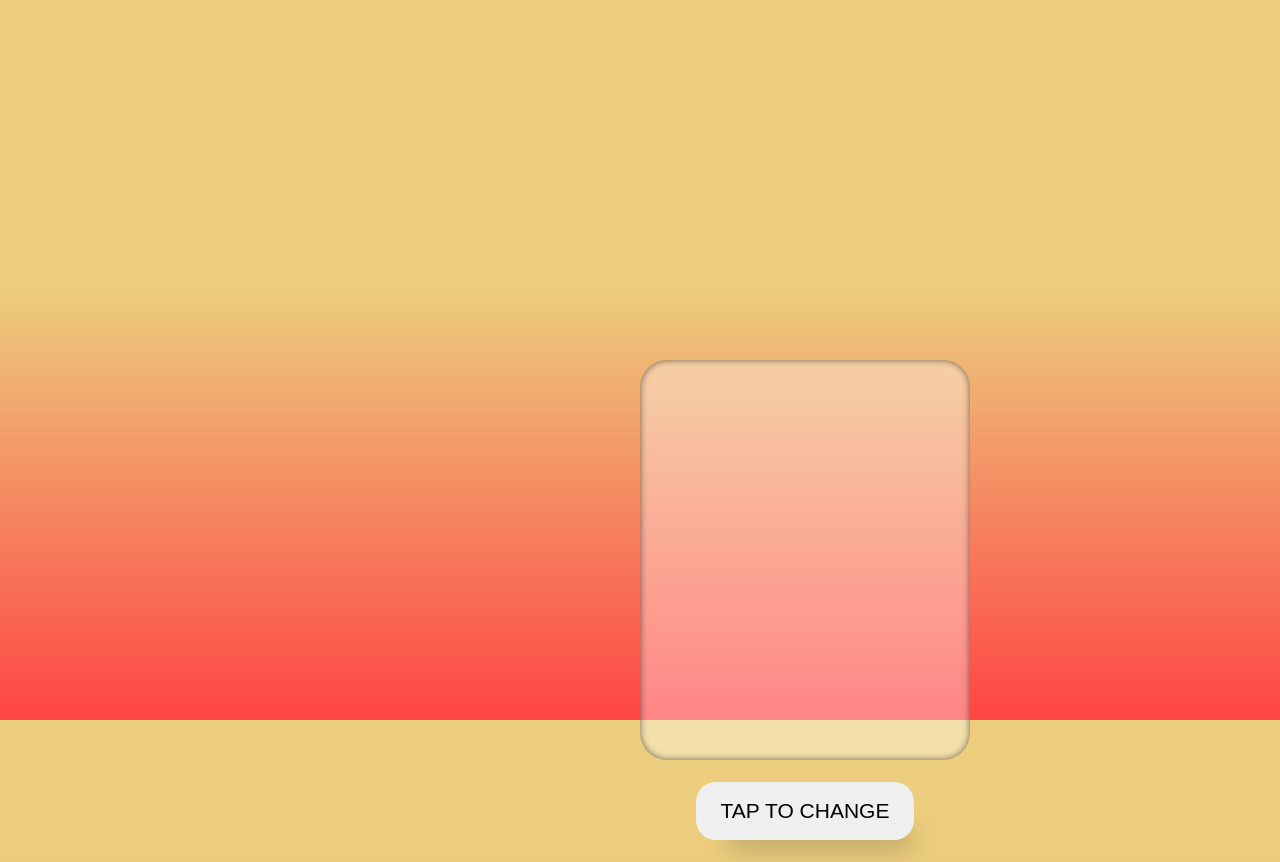
Repository: ThanhThn/profile
Page: index.html
The author's editor kept a copy of each file at every save. The page is drawn from the files as they stood at one save, then again after the next save.
The browser window is 1280 px wide. The pictures show the whole page.
Some web fonts or font styles are not loaded; a fallback is used.

Above is the page before, as saved 2022-12-05 00:11:08.

After the next save:
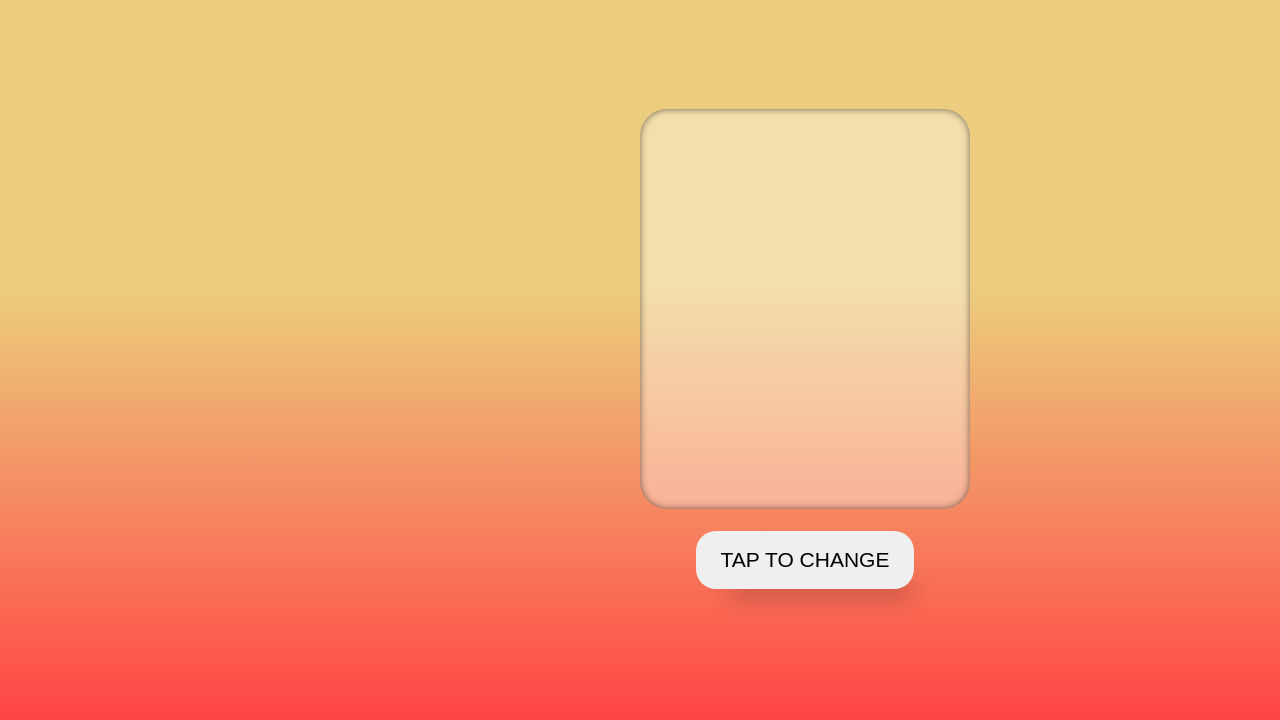
Saved 28 s later.
--- a/style.css
+++ b/style.css
@@ -14,7 +14,8 @@ body{
     position: absolute;
     top: 50%;
     left: 50%;
-    transform: translate(-50% -50%);
+    transform: translateY(-50% );
+    transform: translateY(-50% );
     display: flex;
     flex-direction: column;
     align-items: center;
